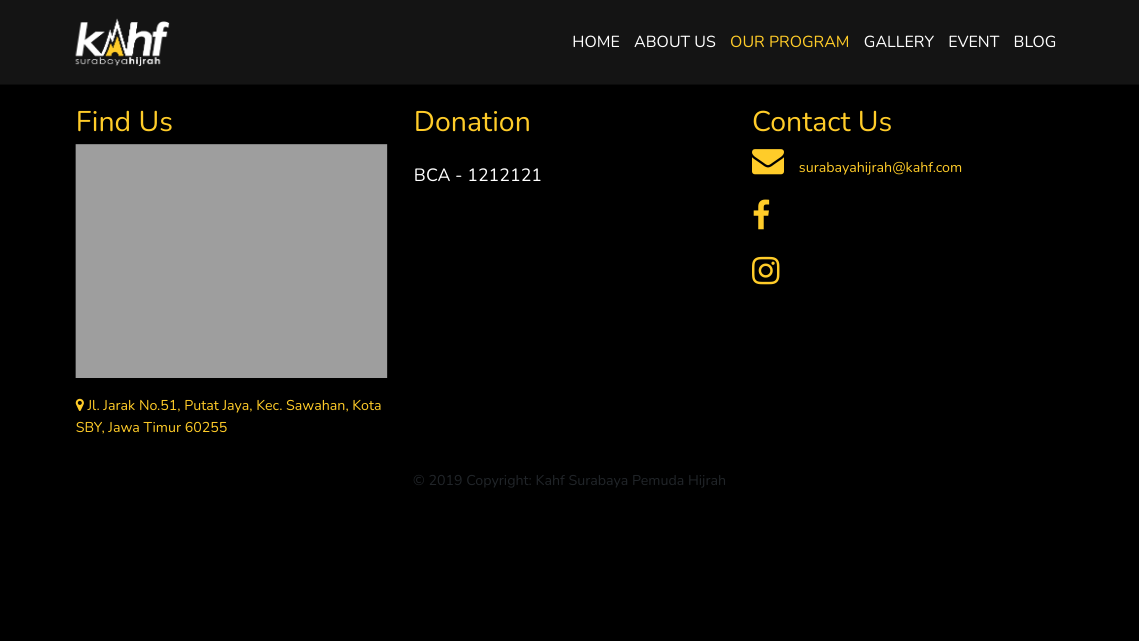
Repository: shandytp/surabaya-hijrah
Page: http://localhost/ourprogram.php
An editor plug-in stored every save of this project. The page is shown before and after the next save, followed by the edit.
The browser window is 1280 px wide. The pictures show the whole page, at 89% of full size.
Pictures or frames that could not be fetched are drawn as grey boxes. Some web libraries are served in a nearby version. The page is run by PHP 8.4 with error messages shown; the project is at /var/www/html/.

Above is the page before, as saved 2019-08-22 15:22:16.
Console error: TypeError: Cannot read properties of undefined (reading 'fn')

### ourprogram.php
<!-- Tim IT Surabaya Hijrah
- Wisnu Aria Y (Project Leader & Front End Developer)
- Moch Shandy Tsalasa Putra (Front End Developer)
- Aryo Budilaksono (Back End Developer)
- Kelvin Adji Pangestu (Back End Developer)
-->

<!DOCTYPE html>
<html lang="en">
<head>
    <meta charset="UTF-8">
    <meta name="author" content="Wisnu Aria Y,Moch Shandy Tsalasa Putra">
    <meta name="viewport" content="width=device-width, initial-scale=1.0">
    <meta http-equiv="X-UA-Compatible" content="ie=edge">
    <!-- Icon -->

    <link rel="shortcut icon" href="pictures/kahf.png" type="image/x-icon">
    <link rel="icon" href="pictures/favicon.ico" type="image/x-icon">

    <!-- Source CDN (Content Delivery Network) -->

    <!-- Navbar Bootstrap -->
    <link rel="stylesheet" href="https://maxcdn.bootstrapcdn.com/bootstrap/4.0.0-beta/css/bootstrap.min.css" integrity="sha384-/Y6pD6FV/Vv2HJnA6t+vslU6fwYXjCFtcEpHbNJ0lyAFsXTsjBbfaDjzALeQsN6M" crossorigin="anonymous">
    <script src="//maxcdn.bootstrapcdn.com/bootstrap/4.0.0/js/bootstrap.min.js"></script>
    <script src="//code.jquery.com/jquery-1.11.1.min.js"></script>

    <!-- Glider JS -->
    <link rel="stylesheet" href="css/glider.min.css" type="text/css">

    <!-- Icon-icon -->
    <link rel="stylesheet" href="https://stackpath.bootstrapcdn.com/font-awesome/4.7.0/css/font-awesome.min.css">

    <!-- Program -->

    <!-- Main CSS -->
    <link rel="stylesheet" href="css/main.css">

    <!-- Title -->
    <title>Surabaya Hijrah</title>
</head>
<body>
<!-- Navbar -->
<header>
       <nav class="navbar navbar-expand-lg navbar-light bg-dark text-light py-3 main-nav">
          <div class="container">
            <a class="navbar-brand " href="index.php"><img src="pictures/kahflogo.png" width="105" height="52.5" alt="Kahf Logo"></a>
              <button class="navbar-toggler" type="button" data-toggle="collapse" data-target="#navbarSupportedContent" aria-controls="navbarSupportedContent" aria-expanded="false" aria-label="Toggle navigation">
                <span class="navbar-toggler-icon"></span>
              </button>

              <div class="collapse navbar-collapse " id="navbarSupportedContent">
                <ul class="navbar-nav ml-auto">
                <!-- Active itu buat halaman yang sedang dikunjungi -->
                  <li class="nav-item ">
                    <a class="nav-link link-3" href="index.php">Home <span class="sr-only">(current)</span></a>
                  </li>
                  <li class="nav-item ">
                    <a class="nav-link link-3" href="about.php">About Us</a>
                  </li>
                  <li class="nav-item active">
                    <a class="nav-link link-3" href="ourprogram.php">Our Program</a>
                  </li>
                  <li class="nav-item">
                    <a class="nav-link link-3" href="gallery.php">Gallery</a>
                  </li>
                  <li class="nav-item">
                    <a class="nav-link link-3" href="event.php">Event</a>
                  </li>
                  <li class="nav-item">
                    <a class="nav-link link-3" href="blog.php">Blog</a>
                  </li>
                </ul>
              </div>
          </div>
        </nav>
    </header>

    <!-- Optional JavaScript -->
    <!-- jQuery first, then Popper.js, then Bootstrap JS -->
    <script src="https://code.jquery.com/jquery-3.2.1.slim.min.js" integrity="sha384-KJ3o2DKtIkvYIK3UENzmM7KCkRr/rE9/Qpg6aAZGJwFDMVNA/GpGFF93hXpG5KkN" crossorigin="anonymous"></script>
    <script src="https://cdnjs.cloudflare.com/ajax/libs/popper.js/1.11.0/umd/popper.min.js" integrity="sha384-b/U6ypiBEHpOf/4+1nzFpr53nxSS+GLCkfwBdFNTxtclqqenISfwAzpKaMNFNmj4" crossorigin="anonymous"></script>
    <script src="https://maxcdn.bootstrapcdn.com/bootstrap/4.0.0-beta/js/bootstrap.min.js" integrity="sha384-h0AbiXch4ZDo7tp9hKZ4TsHbi047NrKGLO3SEJAg45jXxnGIfYzk4Si90RDIqNm1" crossorigin="anonymous"></script>

    <script src="js/navbar.js"></script>




<!-- Footer -->
<footer>
<br/>
        <div class="container">
          <div class="row">
            <div class="col-md-8 col-sm-8">
              <div class="row footer-menu">
                <!-- Find Us Location -->
                <div class="col-md-6 col-xs-12">
                  <h2 class="footer">
                    Find Us
                  </h2>
                    <div class="embed-responsive embed-responsive-4by3">
                      <iframe src="https://www.google.com/maps/embed?pb=!1m18!1m12!1m3!1d3957.6525253721115!2d112.71829691354493!3d-7.2803191735654424!2m3!1f0!2f0!3f0!3m2!1i1024!2i768!4f13.1!3m3!1m2!1s0x2dd7fba2c2498407%3A0xcd27f60f463c0dfd!2sRuang+Harapan-Kahf+Surabaya+Hijrah!5e0!3m2!1sid!2sid!4v1565593698302!5m2!1sid!2sid" width="425" height="350" frameborder="0" style="border:0" allowfullscreen>
                      </iframe>
                    </div>
                    <a href="https://g.page/surabayahijrah?share"
                        target="_blank"><i class="fa fa-map-marker" aria-hidden="true"></i> Jl. Jarak No.51, Putat Jaya, Kec. Sawahan, Kota SBY, Jawa Timur 60255</a>
                </div>
                <div class="col-md-6 col-xs-12">
                  <h2 class="footer">Donation</h2>
                  <br>
                  <h5>BCA - 1212121</h5>
                </div>
              </div>
            </div>
            <div class="col-md-4 col-sm-4">
              <h2 class="footer">Contact Us</h2>
              <ul class="follow-us clearfix">
                  <li><a href="#"><i class="fa fa-envelope" aria-hidden="true" style="font-size:36px"></i>&nbsp;&nbsp;&nbsp;&nbsp;surabayahijrah@kahf.com</a><a href="#"></a></li>
                  <br>
                  <li><a href="#"><i class="fa fa-facebook" aria-hidden="true" style="font-size:36px"></i></a></li>
                  <br>
                  <li><a href="#"><i class="fa fa-instagram" aria-hidden="true" style="font-size:36px"></i></a></li>
            </ul>
            </div>
          </div>
        </div>

          <!-- Copyright -->
        <div class="footer-copyright text-center py-3">© 2019 Copyright: Kahf Surabaya Pemuda Hijrah</div>
  <!-- Copyright -->
</footer>


</body>
</html>

### css/glider.min.css
.glider,
.glider-contain {
  margin: 0 auto;
  position: relative;
}
.glider,
.glider-track {
  transform: translateZ(0);
}
.glider-dot,
.glider-next,
.glider-prev {
  border: 0;
  padding: 0;
  user-select: none;
  outline: 0;
}
.glider-contain {
  width: 100%;
}
.glider {
  overflow-y: hidden;
  -webkit-overflow-scrolling: touch;
  -ms-overflow-style: none;
}
.glider-track {
  width: 100%;
  margin: 0;
  padding: 0;
  display: flex;
  z-index: 1;
}
.glider.draggable {
  user-select: none;
  cursor: -webkit-grab;
  cursor: grab;
}
.glider.draggable .glider-slide img {
  user-select: none;
  pointer-events: none;
}
.glider.drag {
  cursor: -webkit-grabbing;
  cursor: grabbing;
}
.glider-slide {
  user-select: none;
  justify-content: center;
  align-content: center;
  width: 100%;
  min-width: 150px;
}
.glider-slide img {
  max-width: 100%;
}
.glider::-webkit-scrollbar {
  opacity: 0;
  height: 0;
}
.glider-next,
.glider-prev {
  position: absolute;
  background: 0 0;
  z-index: 2;
  font-size: 40px;
  text-decoration: none;
  left: -23px;
  top: 30%;
  cursor: pointer;
  color: #666;
  opacity: 1;
  line-height: 1;
  transition: opacity 0.5s cubic-bezier(0.17, 0.67, 0.83, 0.67), color 0.5s cubic-bezier(0.17, 0.67, 0.83, 0.67);
}
.glider-next:focus,
.glider-next:hover,
.glider-prev:focus,
.glider-prev:hover {
  color: #ffbf00;
}
.glider-next {
  right: -23px;
  left: auto;
}
.glider-next.disabled,
.glider-prev.disabled {
  opacity: 0.25;
  color: #666;
  cursor: default;
}
.glider-hide {
  opacity: 0;
}
.glider-dots {
  user-select: none;
  display: flex;
  flex-wrap: wrap;
  justify-content: center;
  margin: 0 auto;
  padding: 0;
}
.glider-dot {
  display: block;
  cursor: pointer;
  color: #ccc;
  border-radius: 999px;
  background: #ccc;
  width: 12px;
  height: 12px;
  margin: 7px;
}
.glider-dot:focus,
.glider-dot:hover {
  background: #dddddd;
}
.glider-dot.active {
  background: #ffbf00;
}
@media (max-width: 36em) {
  .glider::-webkit-scrollbar {
    opacity: 1;
    -webkit-appearance: none;
    width: 7px;
    height: 3px;
  }
  .glider::-webkit-scrollbar-thumb {
    opacity: 1;
    border-radius: 99px;
    background-color: rgba(156, 156, 156, 0.25);
    -webkit-box-shadow: 0 0 1px rgba(255, 255, 255, 0.25);
    box-shadow: 0 0 1px rgba(255, 255, 255, 0.25);
  }
}

### css/main.css
/* Kahf Logo Color : rgb(255, 204, 41) */

/* @import url("https://fonts.googleapis.com/css?family=Red+Hat+Display&display=swap"); */
@import url("https://fonts.googleapis.com/css?family=Nunito&display=swap");

header .main-nav {
  /* coba gawe initial */
  position: initial;
  top: 0;
  left: 0;
  width: 100%;
  z-index: 1240;
  font-size: 18px;
  text-transform: uppercase;
}
/* Body */
body {
  font-family: "Nunito", sans-serif;
  background: black;
  margin: 0;
}

/*OUR PROGRAM...................................*/
#sidebar {
  -webkit-box-sizing: border-box;
  -moz-box-sizing: border-box;
  box-sizing: border-box;
  width: 30%;
  float: right;
  padding-left: 1em;
}
.content {
  width: 70%;
  float: left;
}
/*VISI MISI.....................................*/
.visi {
  padding: 20px;
}

/*ABOUT US......................................*/
h1 {
  margin: 40px 0 30px 0;
  background: black;
  color: rgb(255, 204, 41);
  font-weight: bold;
  padding: 5px 0px;
}
h3,
p {
  color: rgb(255, 204, 41);
}

.our-team-main {
  width: 100%;
  height: auto;
  border-bottom: 5px #323233 solid;
  background: #fff;
  text-align: center;
  border-radius: 10px;
  overflow: hidden;
  position: relative;
  transition: 0.5s;
  margin-bottom: 28px;
}

.our-team-main img {
  border-radius: 50%;
  margin-bottom: 20px;
  width: 150px; /*Ngatur Size fotoe */
}

.our-team-main h3 {
  font-size: 20px;
  font-weight: 700;
}

.our-team-main p {
  margin-bottom: 0;
}

.team-back {
  width: 100%;
  height: auto;
  position: absolute;
  top: 0;
  left: 0;
  padding: 5px 15px 0 15px;
  text-align: center;
  background: #fff;
}

.team-front /*Atur Background e */
 {
  width: 100%;
  height: auto;
  position: relative;
  z-index: 10;
  background: rgb(20, 20, 20);
  padding: 70px;
  bottom: 0px;
  transition: all 0.5s ease;
}

.our-team-main:hover .team-front {
  bottom: -200px;
  transition: all 0.5s ease;
}

.our-team-main:hover {
  border-color: #777;
  transition: 0.5s;
}

/*our-team-main*/

/*BLOG..........................................*/
ul {
  margin: 0px;
  padding: 0px;
}
a:focus,
a:hover,
.portfolio-cat a:hover,
.footer -menu li a:hover {
  color: #2b96cc;
  text-decoration: none;
}
.section-title h2 {
  position: relative;
  margin-bottom: 45px;
  display: inline-block;
  font-weight: 600;
  line-height: 1;
}
.section-title h2::before {
  content: "";
  position: absolute;
  left: 50%;
  width: 60px;
  height: 2px;
  background: #ff5e14;
  bottom: -25px;
  margin-left: -30px;
}
.section-title.service-title p {
  padding: 0 190px;
  margin-bottom: 10px;
}
.blog-area {
  background: #f8f9fa;
  min-height: 100vh;
}
.blog-wrapper {
  background: #fff;
  overflow: hidden;
  padding: 20px;
}
.home-blog-wrapper {
  transition: 0.3s;
}
.blog-wrapper.home-blog-wrapper:hover {
  box-shadow: 10px 20px 30px rgba(0, 0, 0, 0.12);
}
.blog-thumb {
  margin-bottom: 20px;
}
.blog-title {
  display: inline-block;
  font-size: 30px;
  font-weight: 600;
  line-height: 1.4;
  margin: 10px 0 15px;
  padding: 0;
  text-align: left;
}
.blog-content.home-blog h2 {
  font-size: 18px;
  margin-bottom: 10px;
}
.blog-content.home-blog p {
  margin-bottom: 10px;
}
.link-box.home-blog-link a {
  font-size: 14px;
  color: #ff5e14;
}
.blog-title a {
  color: #222;
}
.link-box a {
  color: #555;
}
.link-box a:hover {
  color: #ff5e14;
}
.blog-title a:hover {
  color: #ff5e14;
}
.meta-info ul li {
  color: #9e9e9e;
  display: inline-block;
  font-size: 11px;
  padding: 0 12px;
  position: relative;
  text-transform: uppercase;
  font-weight: 700;
}
.embed-responsive {
  margin-bottom: 20px;
}
.meta-info ul li:first-child {
  padding-left: 0;
}
.meta-info ul li a {
  color: #ff5e14;
}
.meta-info ul li a:hover {
  color: #444;
}
.meta-info ul li::before {
  border: 1px solid #999;
  border-radius: 5px;
  content: "";
  height: 5px;
  left: -4px;
  position: absolute;
  top: 6px;
  width: 5px;
}
.meta-info ul li:first-child:before {
  display: none;
}
.blog-thumb img {
  width: 100%;
}
.link-box a {
  font-weight: 600;
}

/*EVENT...................................... */
.midtext {
  text-align: center;
}

.polaroids {
  margin: 0 auto;
  padding: 20px;
  text-align: center;
  background-color: rgb(255, 204, 41);
}

.polaroid {
  display: inline-block;
  margin: 10px;
  position: relative;
  width: auto;
}

.polaroid img {
  /*modif background fotonya */
  border: 12px solid black;
  border-bottom: 120px solid black;
  -webkit-box-shadow: 3px 3px 3px #888;
  -moz-box-shadow: 3px 3px 3px #888;
  box-shadow: 3px 3px 3px #888;
  height: 400px;
  max-width: 420px;
}

.polaroid p {
  /* setting posisi tulisan */
  color: white;
  font: 500 18px/22px;
  position: absolute;
  left: 10px;
  bottom: -5px;
  text-align: left;
  width: 100%;
}

/* GALLERY..................................*/
.gallery-wraper {
  margin: 30px 0px 50px;
  color: red !important;
}

.gallery {
  /* margin: 10px 50px; */ /*sumber masalah*/
  padding-left: 80px;
}
.gallery img {
  width: 230px;
  padding: 10px;
  transition: 1s;
}

.gallery img:hover {
  transform: scale(1.1);
}

/* NAVBAR......................................*/
.nav-link.active {
  color: white;
}
.navbar-nav .nav-item .nav-link {
  color: white;
}
/* Navbar versi lama */

.navbar-nav .nav-item.active .nav-link,
.navbar-nav .nav-item:hover .nav-link {
  color: rgb(255, 204, 41);
}

/* Hamburger Menu when Responsive */
.navbar-toggler {
  background-color: rgb(255, 204, 41);
}

/*Navbar Background Color*/
.bg-dark {
  background-color: rgb(20, 20, 20) !important;
}

/* Wrapper Glider........................... */
.glider-contain {
  width: 100%;
}

/* Right Icon for Glider */
.glider-next {
  right: 30px;
  top: 50%;
}

/* Left Icon for Glider */
.glider-prev {
  left: 30px;
  top: 50%;
}

/* Tulisan di Footer */
.footer {
  color: rgb(255, 204, 41);
}

/* Wrapper Footer */
.row {
  padding-bottom: 10px;
}

/* Location Marker Logo, Tulisan di Footer */
.fa-map-marker,
a {
  color: rgb(255, 204, 41);
}

/* Warna Footer */
h5 {
  color: white;
}
/* MENU PROGRAM KAHF........................................ */
.row.heading h2 {
  color: rgb(255, 204, 41);
  font-size: 52.52px;
  line-height: 95px;
  font-weight: 400;
  text-align: center;
  /* margin: 0 0 40px;*/ /* Jarak Kotak menu ke tulisan Our Program */
  padding-bottom: 20px;
}
ul {
  margin: 0;
  padding: 0;
  list-style: none;
}
.heading.heading-icon {
  display: block;
}
.padding-lg {
  display: block;
  /* padding-top: 60px;  */ /* Jarak Wrapping ke Slider */
  padding-bottom: 60px;
}
.practice-area.padding-lg {
  padding-bottom: 55px;
  padding-top: 55px;
}
.practice-area .inner {
  border: 1px solid #999999;
  text-align: center;
  margin-bottom: 28px;
  padding: 40px 25px;
}
.our-webcoderskull .cnt-block:hover {
  box-shadow: 0px 0px 10px rgba(0, 0, 0, 0.3);
  border: 0;
}
.practice-area .inner h3 {
  color: #3c3c3c;
  font-size: 24px;
  font-weight: 500;
  font-family: "Poppins", sans-serif;
  padding: 10px 0;
}
.practice-area .inner p {
  font-size: 14px;
  line-height: 22px;
  font-weight: 400;
}
.practice-area .inner img {
  display: inline-block;
}

.our-webcoderskull {
  background-color: rgb(30, 30, 30);
}
.our-webcoderskull .cnt-block {
  /*warna kotake */
  float: left;
  width: 100%;
  background: black;
  padding: 50px 10px;
  text-align: center;
  border: 2px solid rgb(255, 204, 41);
  margin: 0 0 28px;
}
.our-webcoderskull .cnt-block figure {
  /*lebar fotone*/
  width: 148px;
  height: 148px;
  border-radius: 100%;
  display: inline-block;
  margin-bottom: 15px;
}
.our-webcoderskull .cnt-block img {
  width: 150px;
  /* height: 150px; */
}
.our-webcoderskull .cnt-block h3 {
  color: black;
  font-size: 20px;
  font-weight: 500;
  padding: 6px 0;
  text-transform: uppercase;
}
.our-webcoderskull .cnt-block h3 a {
  text-decoration: none;
  color: white;
}
.our-webcoderskull .cnt-block h3 a:hover {
  color: gold;
}

/* Desc Box */
.our-webcoderskull .cnt-block p {
  color: gold;
  font-size: 13px;
  line-height: 20px;
  font-weight: 400;
}
.our-webcoderskull .cnt-block .follow-us {
  margin: 20px 0 0;
}
.our-webcoderskull .cnt-block .follow-us li {
  display: inline-block;
  width: auto;
  margin: 0 5px;
}
.our-webcoderskull .cnt-block .follow-us li .fa {
  /*warna facebook dkk */
  font-size: 24px;
  color: red;
}

/* Warna Hover dari Medsos dkk */
.our-webcoderskull .cnt-block .follow-us li .fa:hover {
  color: gold;
}

### js/navbar.js
var mn = $(".main-nav");
mns = "main-nav-scrolled";
hdr = $('header').height();

$(window).scroll(function () {
    if ($(this).scrollTop() > hdr) {
        mn.addClass(mns);
    } else {
        mn.removeClass(mns);
    }
});

After the next save:
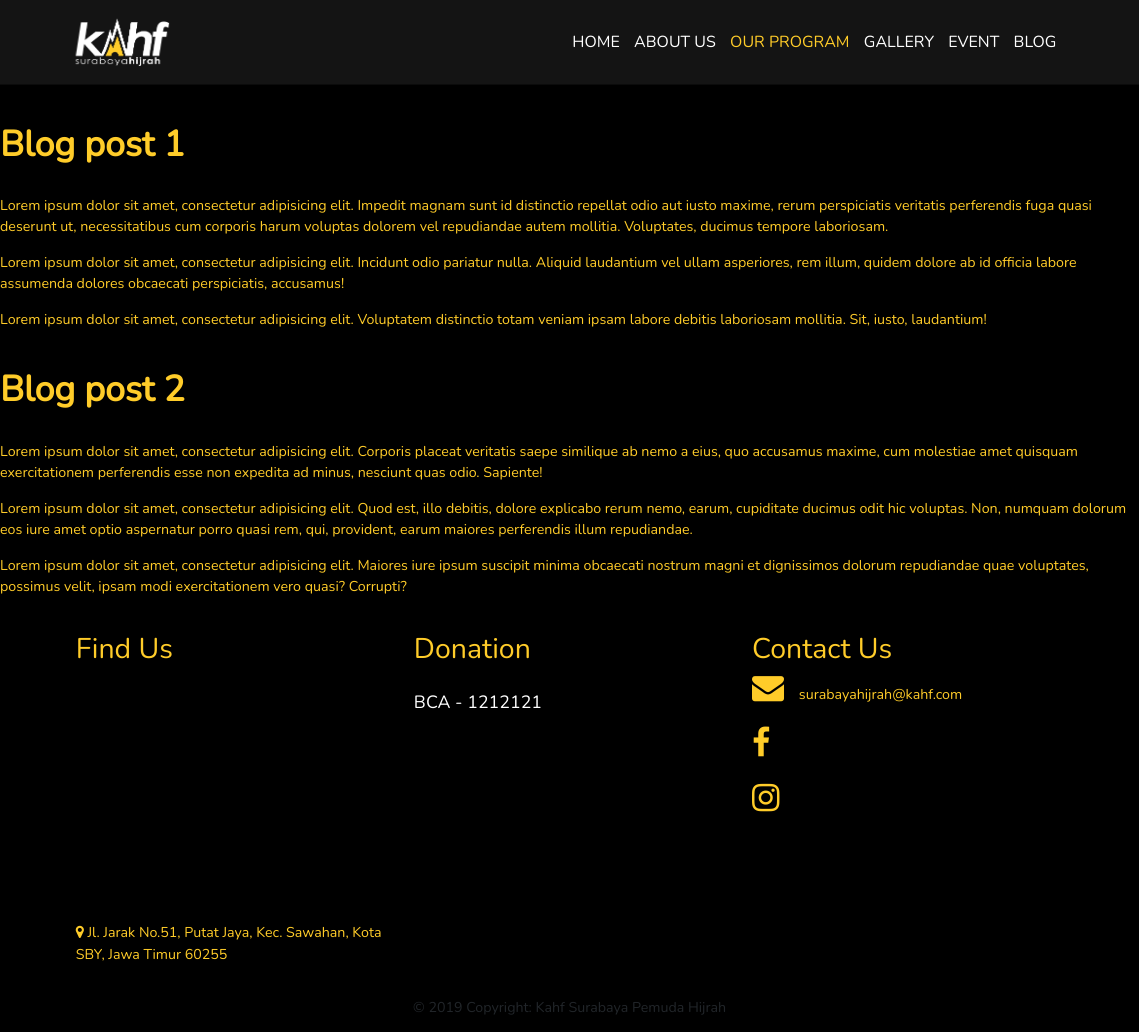
Saved 3 min 48 s later.
--- a/ourprogram.php
+++ b/ourprogram.php
@@ -84,7 +84,34 @@
     <script src="js/navbar.js"></script>
 
 
-
+    <div class="blog-post">
+    <h1 class="blog-post-title">Blog post 1</h1>
+    <div class="blog-post-body">
+      <p class="blog-post-p">
+        Lorem ipsum dolor sit amet, consectetur adipisicing elit. Impedit magnam sunt id distinctio repellat odio aut iusto maxime, rerum perspiciatis veritatis perferendis fuga quasi deserunt ut, necessitatibus cum corporis harum voluptas dolorem vel repudiandae autem mollitia. Voluptates, ducimus tempore laboriosam.
+      </p>
+      <p class="blog-post-p">
+        Lorem ipsum dolor sit amet, consectetur adipisicing elit. Incidunt odio pariatur nulla. Aliquid laudantium vel ullam asperiores, rem illum, quidem dolore ab id officia labore assumenda dolores obcaecati perspiciatis, accusamus!
+      </p>
+      <p class="blog-post-p">
+        Lorem ipsum dolor sit amet, consectetur adipisicing elit. Voluptatem distinctio totam veniam ipsam labore debitis laboriosam mollitia. Sit, iusto, laudantium!
+      </p>
+    </div>
+  </div>
+  <div class="blog-post">
+    <h1 class="blog-post-title">Blog post 2</h1>
+    <div>
+      <p class="blog-post-p">
+        Lorem ipsum dolor sit amet, consectetur adipisicing elit. Corporis placeat veritatis saepe similique ab nemo a eius, quo accusamus maxime, cum molestiae amet quisquam exercitationem perferendis esse non expedita ad minus, nesciunt quas odio. Sapiente!
+      </p>
+      <p class="blog-post-p">
+        Lorem ipsum dolor sit amet, consectetur adipisicing elit. Quod est, illo debitis, dolore explicabo rerum nemo, earum, cupiditate ducimus odit hic voluptas. Non, numquam dolorum eos iure amet optio aspernatur porro quasi rem, qui, provident, earum maiores perferendis illum repudiandae.
+      </p>
+      <p class="blog-post-p">
+        Lorem ipsum dolor sit amet, consectetur adipisicing elit. Maiores iure ipsum suscipit minima obcaecati nostrum magni et dignissimos dolorum repudiandae quae voluptates, possimus velit, ipsam modi exercitationem vero quasi? Corrupti?
+      </p>
+    </div>
+  </div>
 
 <!-- Footer -->
 <footer>
